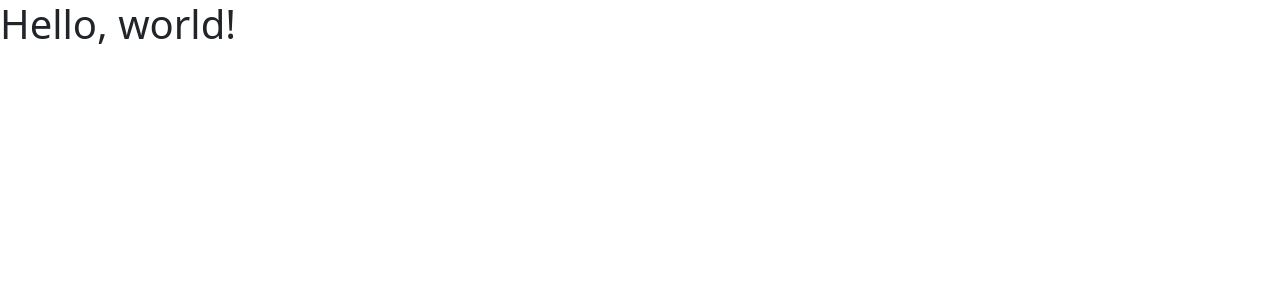
Repository: tandoan-teaching/teaching
Page: ltt/web/exercises/flexbox/flex-container.html
An editor plug-in stored every save of this project. The page is shown before and after the next save, followed by the edit.
The browser window is 1280 px wide. The pictures show the whole page.

Above is the page before, as saved 2024-03-24 16:06:27.

### ltt/web/exercises/flexbox/flex-container.html
<!doctype html>
<html lang="en">
  <head>
    <meta charset="utf-8">
    <meta name="viewport" content="width=device-width, initial-scale=1">
    <title>CSS Flex Box Tutorials</title>
    <link href="https://cdn.jsdelivr.net/npm/bootstrap@5.3.3/dist/css/bootstrap.min.css" rel="stylesheet" integrity="sha384-QWTKZyjpPEjISv5WaRU9OFeRpok6YctnYmDr5pNlyT2bRjXh0JMhjY6hW+ALEwIH" crossorigin="anonymous">
  </head>
  <body>
    <h1>Hello, world!</h1>
    <script src="https://cdn.jsdelivr.net/npm/bootstrap@5.3.3/dist/js/bootstrap.bundle.min.js" integrity="sha384-YvpcrYf0tY3lHB60NNkmXc5s9fDVZLESaAA55NDzOxhy9GkcIdslK1eN7N6jIeHz" crossorigin="anonymous"></script>
  </body>
</html>

After the next save:
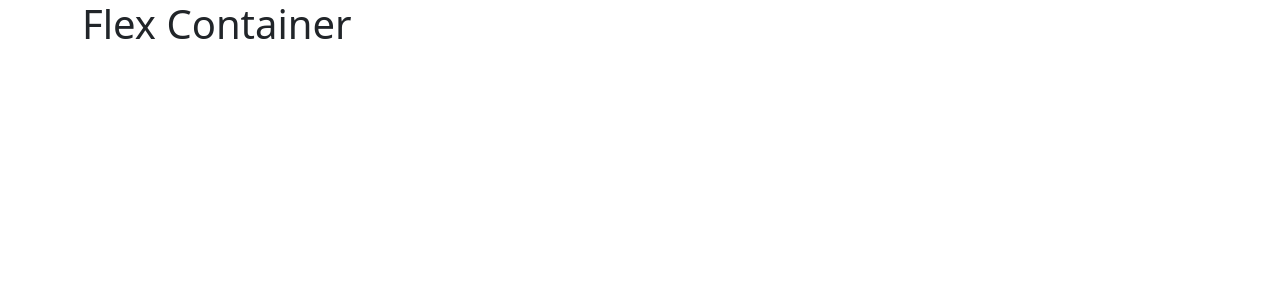
Saved 27 s later.
--- a/ltt/web/exercises/flexbox/flex-container.html
+++ b/ltt/web/exercises/flexbox/flex-container.html
@@ -7,7 +7,19 @@
     <link href="https://cdn.jsdelivr.net/npm/bootstrap@5.3.3/dist/css/bootstrap.min.css" rel="stylesheet" integrity="sha384-QWTKZyjpPEjISv5WaRU9OFeRpok6YctnYmDr5pNlyT2bRjXh0JMhjY6hW+ALEwIH" crossorigin="anonymous">
   </head>
   <body>
-    <h1>Hello, world!</h1>
+
+
+    <div class="container">
+
+        <h1>
+            Flex Container
+        </h1>
+
+
+
+    </div>
+
+
     <script src="https://cdn.jsdelivr.net/npm/bootstrap@5.3.3/dist/js/bootstrap.bundle.min.js" integrity="sha384-YvpcrYf0tY3lHB60NNkmXc5s9fDVZLESaAA55NDzOxhy9GkcIdslK1eN7N6jIeHz" crossorigin="anonymous"></script>
   </body>
 </html>
